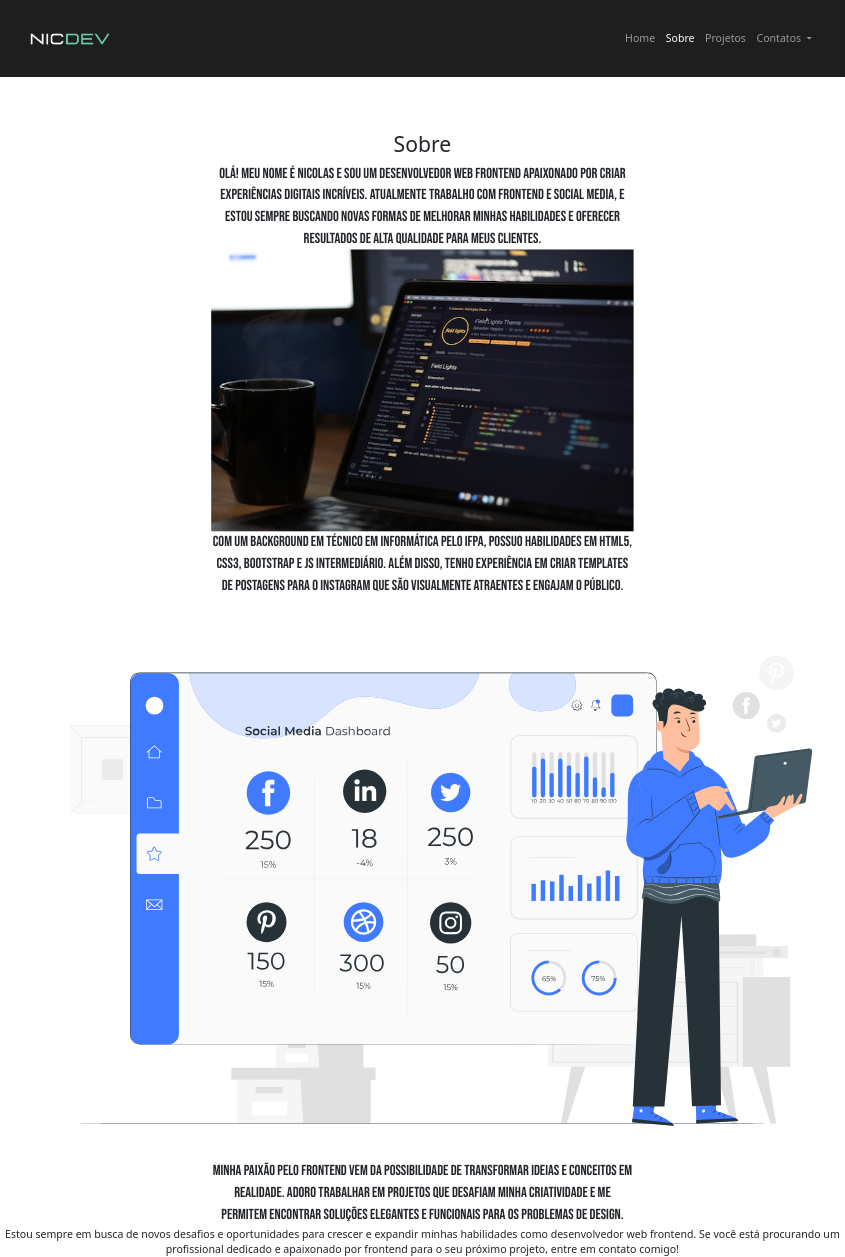
Repository: Leonngc/nicdev
Page: about.html
These files come from the project's save history. The page is drawn as it stood at one moment and after a run of saves; the edit follows.
The browser window is 1280 px wide. The pictures show the whole page, at 66% of full size.

Above is the page before, as saved 2023-04-15 17:39:46.

### about.html
<html lang="pt-br">
<head>
    <meta charset="UTF-8">
    <meta http-equiv="X-UA-Compatible" content="IE=edge">
    <meta name="viewport" content="width=device-width, initial-scale=1.0">
    <title>nicdev - Sobre</title>
    <link href="https://cdn.jsdelivr.net/npm/bootstrap@5.0.2/dist/css/bootstrap.min.css" rel="stylesheet" integrity="sha384-EVSTQN3/azprG1Anm3QDgpJLIm9Nao0Yz1ztcQTwFspd3yD65VohhpuuCOmLASjC" crossorigin="anonymous">
    <link rel="stylesheet" href="styles/scrollbar.css">
    <link rel="stylesheet" href="styles/about.css">
</head>
<body>

<header style="background-color: #1e1e1e; padding: 30px;" class="fixed-top">

        <nav class="navbar navbar-expand-lg navbar-dark">
            <div class="container-fluid">
              <a class="navbar-brand" href="index.html"><img src="images/nicdev-logo.png" alt="logo da NicDev" style="width: 130px"></a>
              <button class="navbar-toggler" type="button" data-bs-toggle="collapse" data-bs-target="#navbarNavDropdown" aria-controls="navbarNavDropdown" aria-expanded="false" aria-label="Toggle navigation">
                <span class="navbar-toggler-icon"></span>
              </button>
              <div class="collapse navbar-collapse justify-content-end" id="navbarNavDropdown">
                <ul class="navbar-nav ">
                  <li class="nav-item">
                    <a class="nav-link" href="index.html" target="_parent">Home</a>
                  </li>
                  <li class="nav-item">
                    <a class="nav-link active disabled" href="#">Sobre</a>
                  </li>
                  <li class="nav-item">
                    <a class="nav-link" href="projects.html" target="_parent">Projetos</a>
                  </li>

                  <li class="nav-item dropdown">
                    <a class="nav-link dropdown-toggle" href="#" id="navbarDropdownMenuLink" role="button" data-bs-toggle="dropdown" aria-expanded="false">
                      Contatos
                    </a>
                    <ul class="dropdown-menu" aria-labelledby="navbarDropdownMenuLink">
                      <li><a class="dropdown-item" href="#">WhatsApp <img src="images/whatsapp.png" alt="" class="redes-logo"></a></li>
                      <li><a class="dropdown-item" href="#">Email <img src="images/gmail (1).png" alt="" class="redes-logo"></a></li>
                      <li><a class="dropdown-item" href="#">Linkedin <img src="images/linkedin.png" alt="" class="redes-logo"></a></li>
                    </ul>
                  </li>
                </ul>
              </div>
            </div>
          </nav>
</header>


<main>

<h2>Sobre</h2>
<p>Olá! Meu nome é Nicolas e sou um desenvolvedor web frontend apaixonado por criar experiências digitais incríveis. Atualmente trabalho com frontend e social media, e estou sempre buscando novas formas de melhorar minhas habilidades e oferecer resultados de alta qualidade para meus clientes.</p>
<img src="images/desktopcode.jpg" alt="">

<p>Com um background em Técnico em Informática pelo IFPA, possuo habilidades em HTML5, CSS3, Bootstrap e JS intermediário. Além disso, tenho experiência em criar templates de postagens para o Instagram que são visualmente atraentes e engajam o público.</p>
<img src="images/Social Dashboard-pana.svg" alt="">
<p>Minha paixão pelo frontend vem da possibilidade de transformar ideias e conceitos em realidade. Adoro trabalhar em projetos que desafiam minha criatividade e me permitem encontrar soluções elegantes e funcionais para os problemas de design.</p>

Estou sempre em busca de novos desafios e oportunidades para crescer e expandir minhas habilidades como desenvolvedor web frontend. Se você está procurando um profissional dedicado e apaixonado por frontend para o seu próximo projeto, entre em contato comigo!
</main>

    <script src="https://cdn.jsdelivr.net/npm/bootstrap@5.0.2/dist/js/bootstrap.bundle.min.js" integrity="sha384-MrcW6ZMFYlzcLA8Nl+NtUVF0sA7MsXsP1UyJoMp4YLEuNSfAP+JcXn/tWtIaxVXM" crossorigin="anonymous"></script>
</body>
</html>

### styles/scrollbar.css
body{
    overflow-x: hidden;
}
body::-webkit-scrollbar {
    width: 6px;               /* width of the entire scrollbar */
  }

  body::-webkit-scrollbar-track {
    background: rgb(5, 5, 5);        /* color of the tracking area */
  }

  body::-webkit-scrollbar-thumb {
    background-color: #4BC6B9;    /* color of the scroll thumb */
    border-radius: 20px;       /* roundness of the scroll thumb */
  }

  .redes-logo{
    width: 30px;
    padding: 6px;
  }

### styles/about.css
@import url('https://fonts.googleapis.com/css2?family=Bebas+Neue&display=swap'); /* CDN GOOGLE  FONT */
@import url('https://cdn-uicons.flaticon.com/uicons-solid-straight/css/uicons-solid-straight.css'); /* CDN ICON*/
@font-face {
    font-family: Lastica;
    src: url(../fonts/instrg.ttf)
}

*{
    max-width: 100vw;
}

:root{
 --bebas-neue : 'Bebas Neue', cursive;
}

main{
    margin-top: 200px;
}

body{
    max-width: 100vw;
    overflow-x: hidden;
}

main{
    text-align: center;

}

p{
    width: 50vw;
    font-size: 22px;
    font-family: var(--bebas-neue);
    margin: auto;
}

After the next 7 saves:
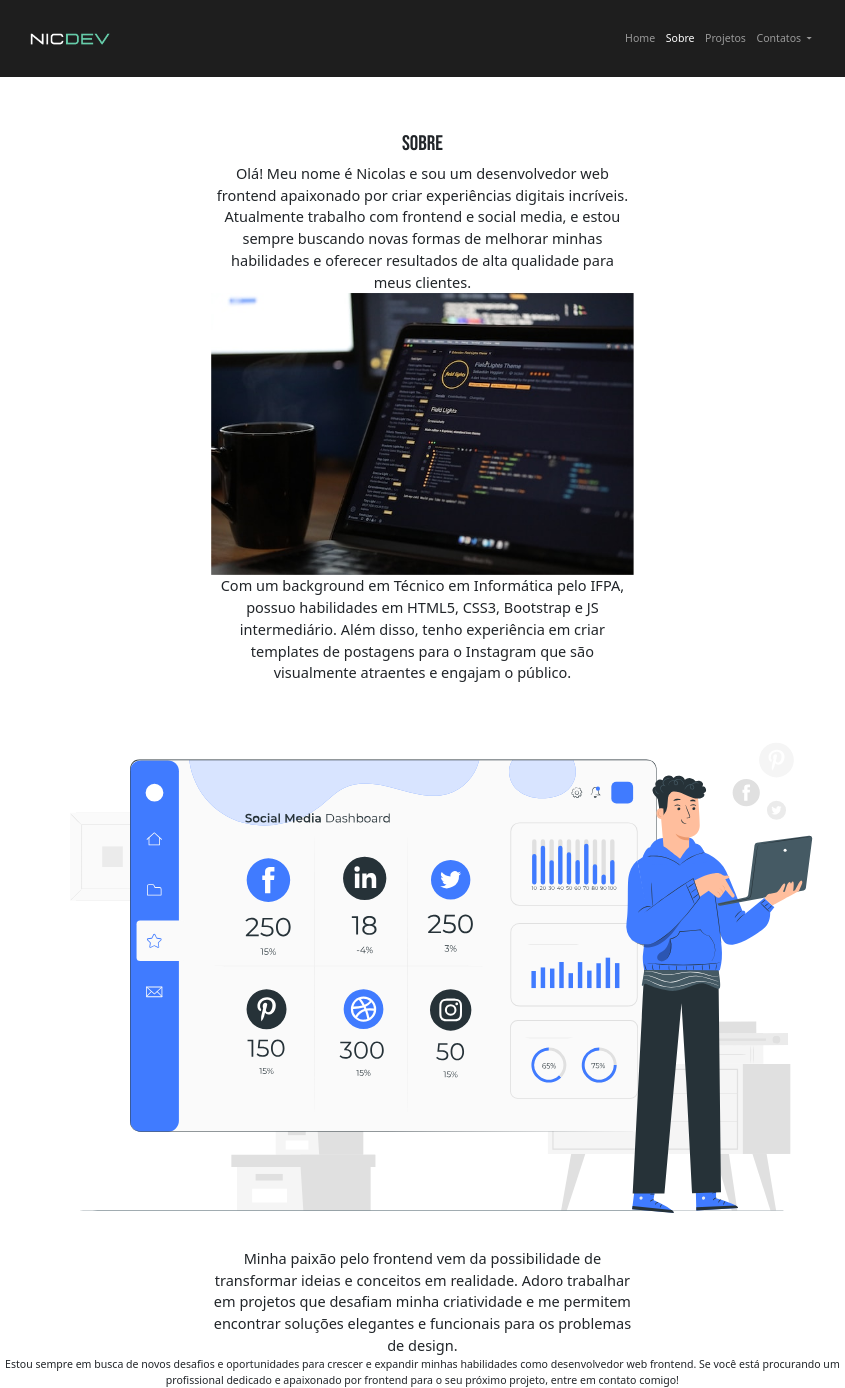
The 7 saves are shown as one change because they came seconds apart.
The last was saved 3 min 2 s later.
--- a/styles/about.css
+++ b/styles/about.css
@@ -27,9 +27,13 @@ main{
 
 }
 
+h2{
+    font-family: var(--bebas-neue);
+
+}
+
 p{
     width: 50vw;
     font-size: 22px;
-    font-family: var(--bebas-neue);
     margin: auto;
 }
